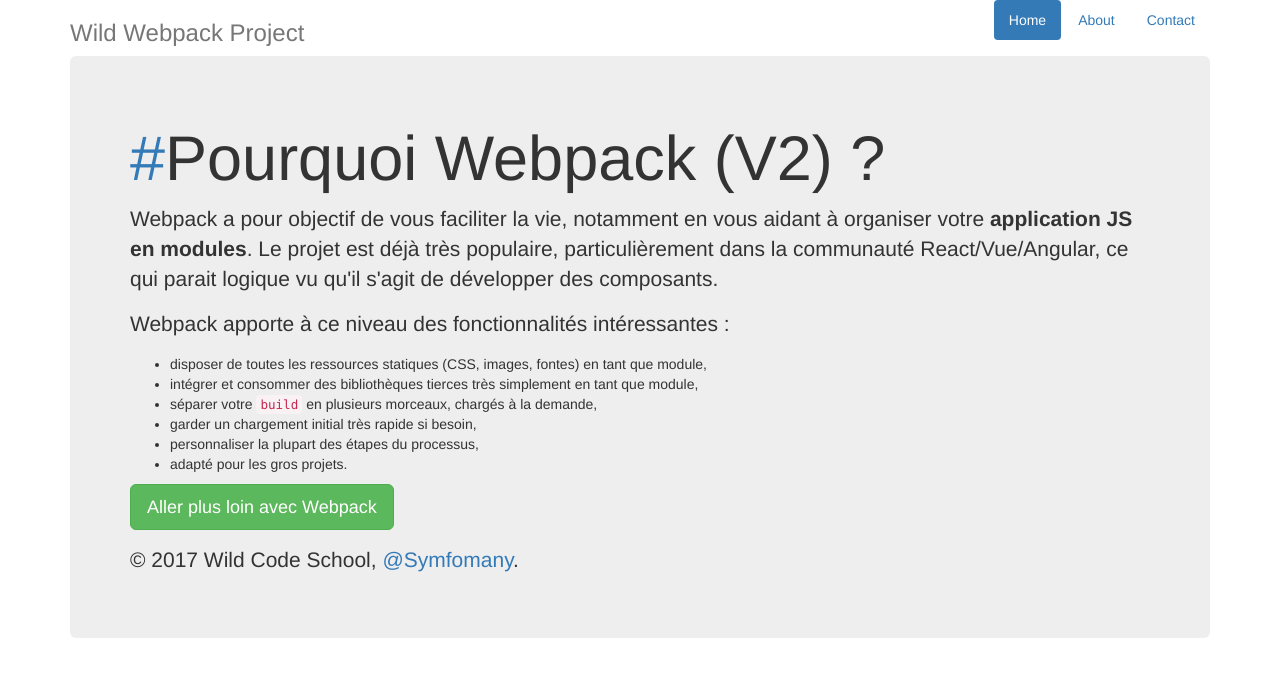
Repository: Symfomany/wildwebpack
Page: src/index.html
The author's editor kept a copy of each file at every save. The page is drawn from the files as they stood at one save, then again after the next save.
The browser window is 1280 px wide. The pictures show the whole page.

Above is the page before, as saved 2017-03-03 07:40:56.

After the next save:
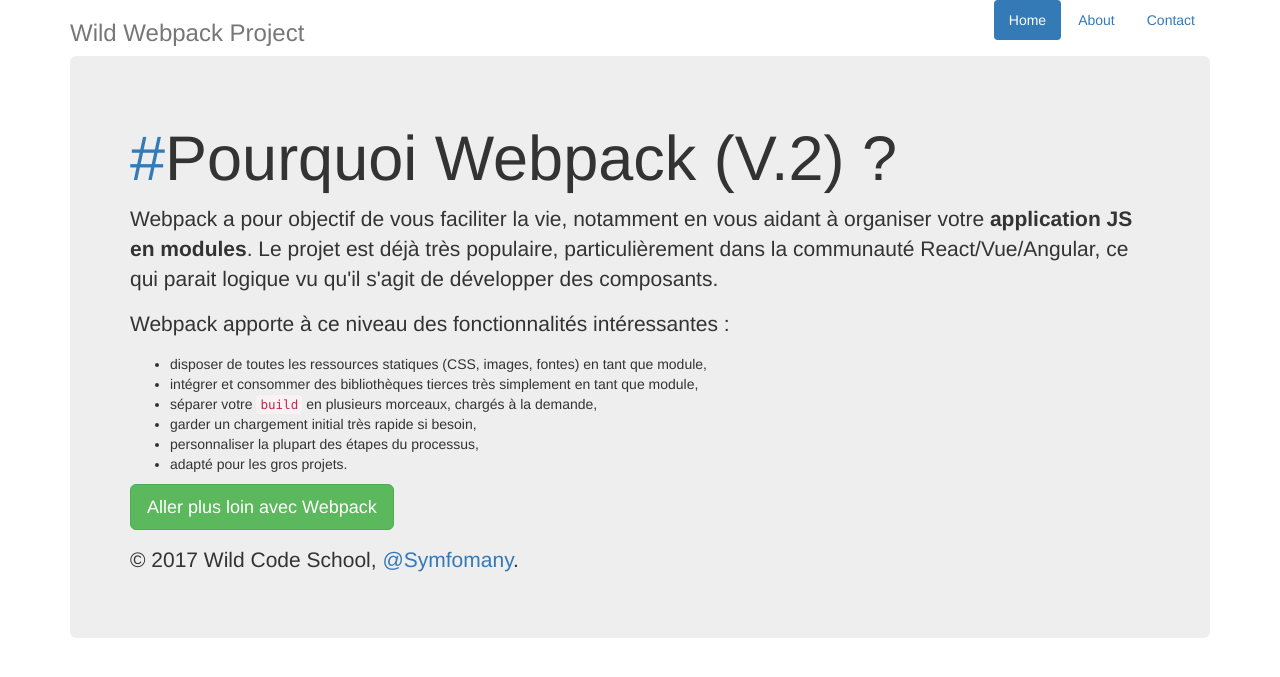
Saved 11 s later.
--- a/src/index.html
+++ b/src/index.html
@@ -23,7 +23,7 @@
       </div>
 
       <div class="jumbotron">
-        <div class="phenomic-BodyContainer" data-reactid="57"><h1 id="pourquoi-webpack-"><a href="#pourquoi-webpack-" class="phenomic-HeadingAnchor">#</a>Pourquoi Webpack (V2) ?</h1>
+        <div class="phenomic-BodyContainer" data-reactid="57"><h1 id="pourquoi-webpack-"><a href="#pourquoi-webpack-" class="phenomic-HeadingAnchor">#</a>Pourquoi Webpack (V.2) ?</h1>
           <p>Webpack a pour objectif de vous faciliter la vie, notamment en vous aidant à
           organiser votre <b>application JS en modules</b></a>.
           Le projet est déjà très populaire, particulièrement dans la communauté React/Vue/Angular, ce qui
